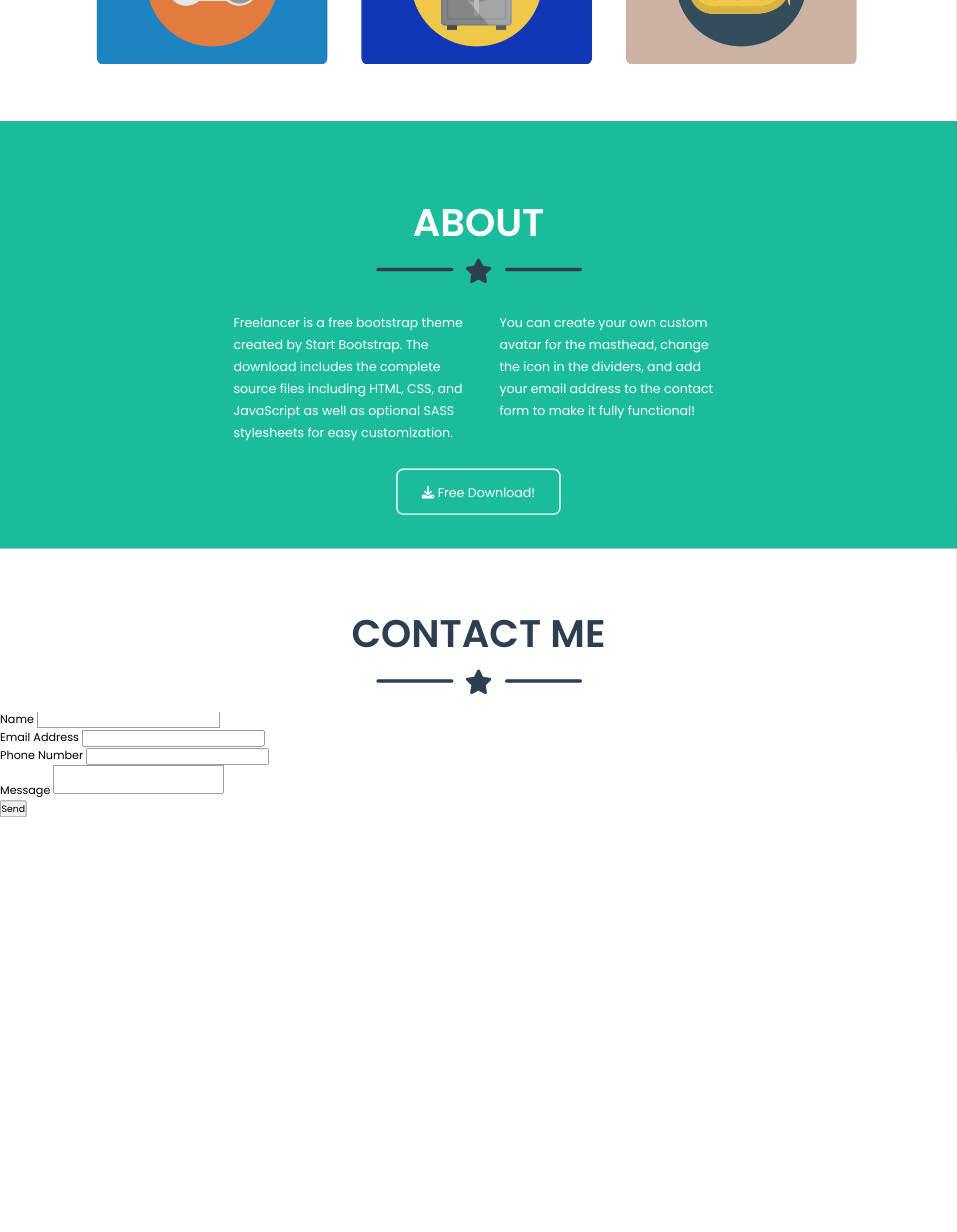
Repository: sSoRaK/web-cut-by-figma_train
Page: bai02/index.html
The author's editor kept a copy of each file at every save. The page is drawn from the files as they stood at one save, then again after the next save.
The browser window is 1280 px wide. The page is 1367 px wide, so the pictures cover 1367 px, including what lies to the right of the window. The pictures show the part of the page from y = 1459 to 3219 px (the page is 3219 px tall), at 70% of full size.

Above is the page before, as saved 2023-06-02 14:23:04.

After the next save:
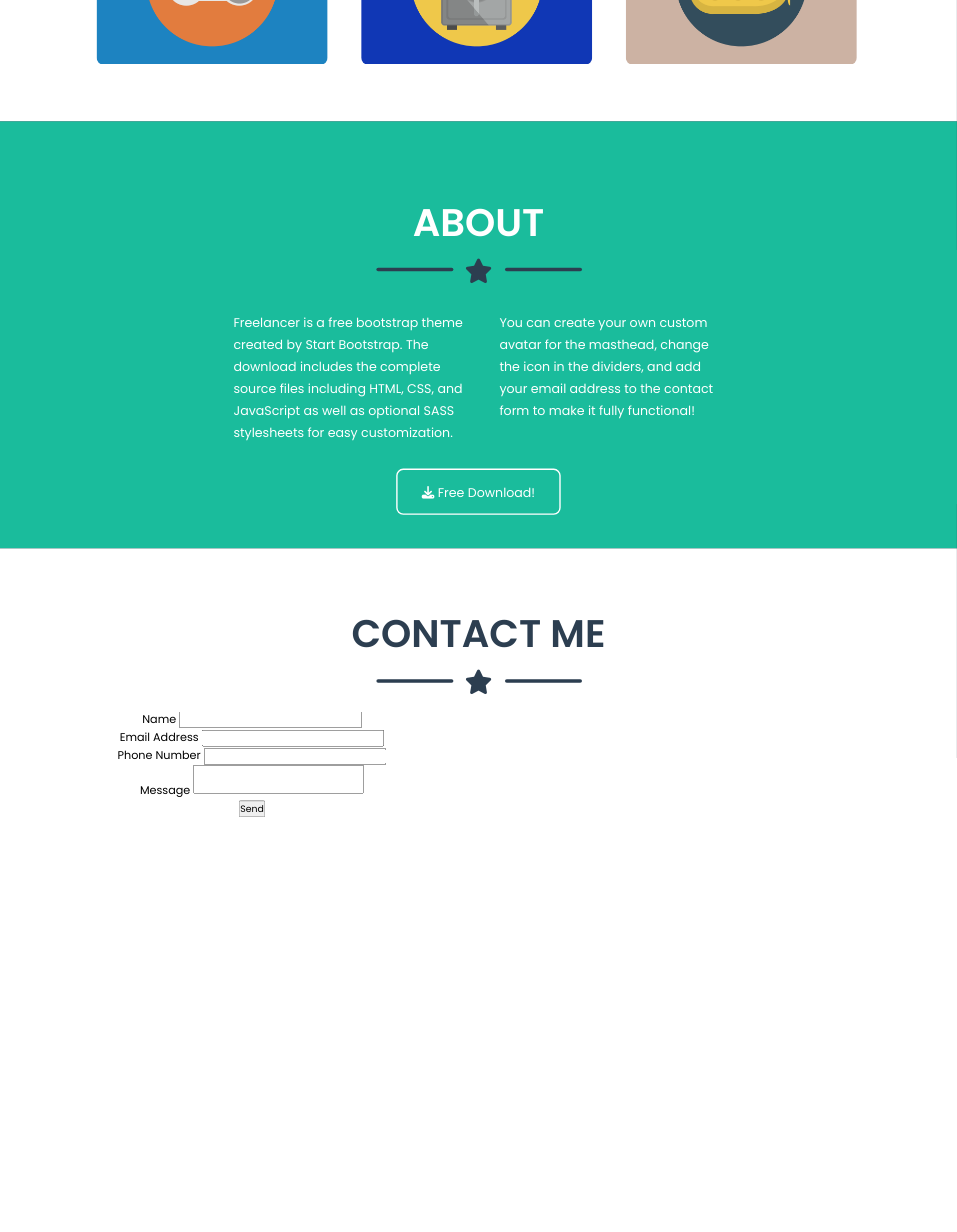
Saved 89 s later.
--- a/bai02/style.css
+++ b/bai02/style.css
@@ -181,7 +181,7 @@ ul li a {
 .form {
   width: 720px;
   height: 610px;
-  display: inline-block;
+  text-align: center;
 }
 /* block 04 */
 
